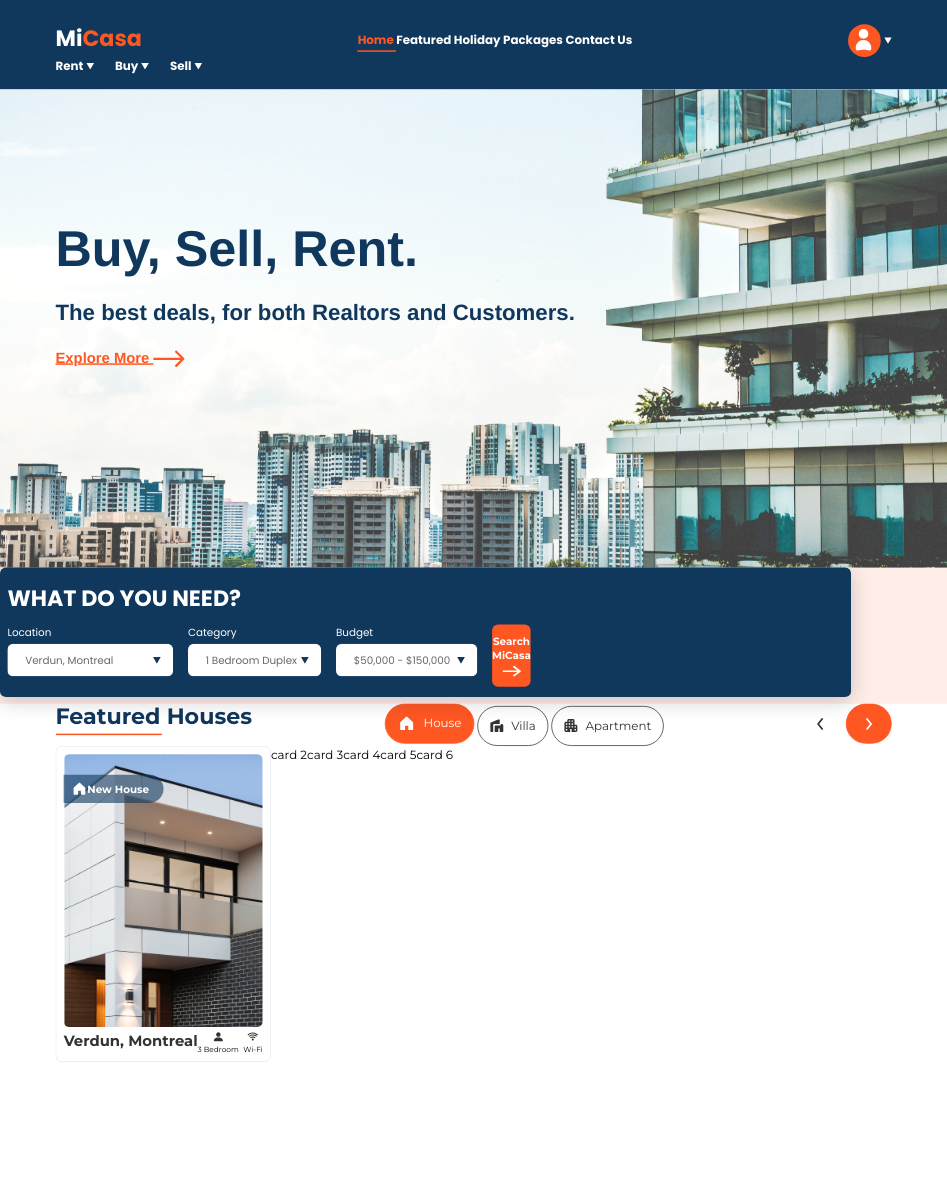
Repository: BenUnyolo/micasa-frontend
Page: index.html
An editor plug-in stored every save of this project. The page is shown before and after the next save, followed by the edit.
The browser window is 1280 px wide. The pictures show the whole page, at 74% of full size.

Above is the page before, as saved 2021-10-17 16:57:37.

After the next save:
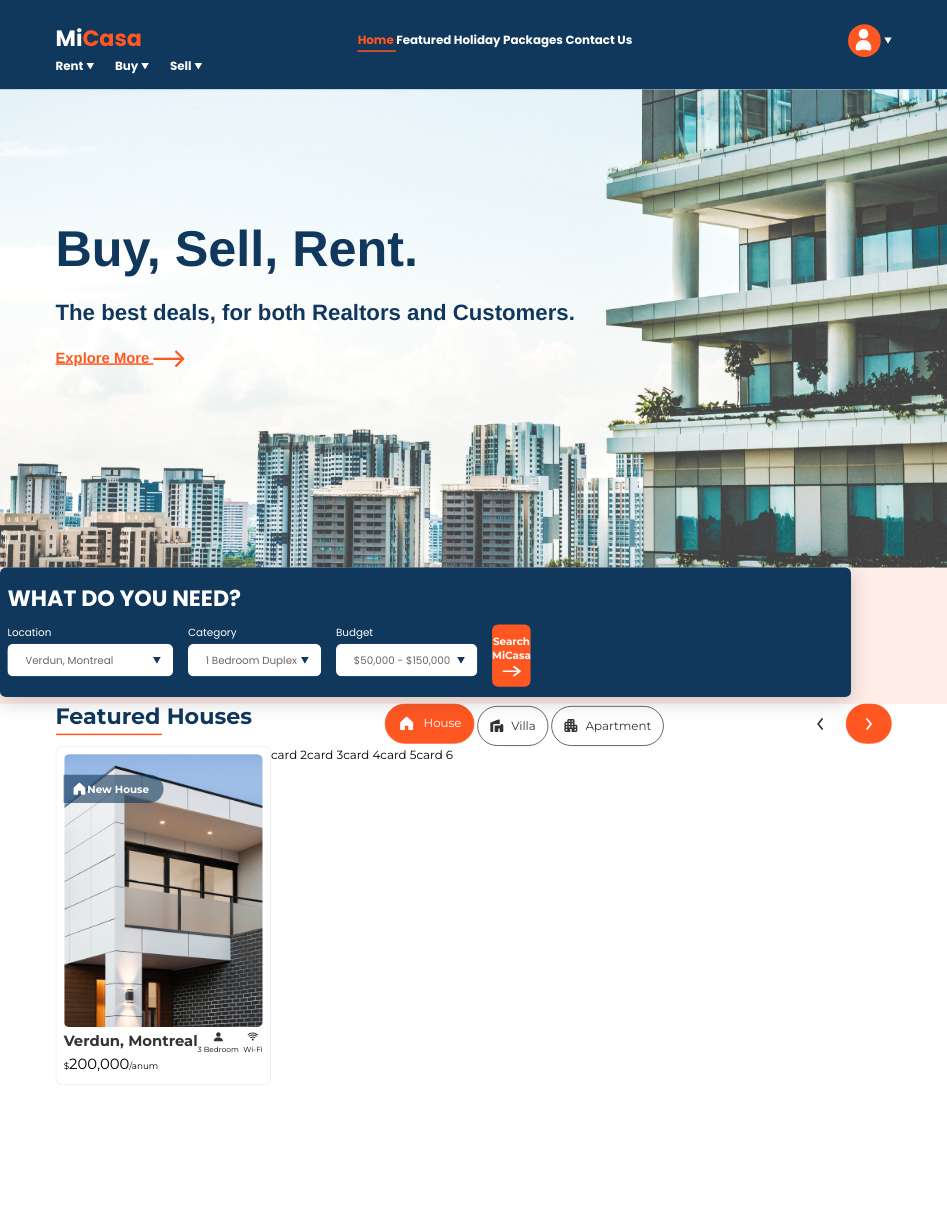
Saved 4 min 28 s later.
--- a/index.html
+++ b/index.html
@@ -412,6 +412,14 @@
               </div>
             </div>
           </div>
+          <!-- price -->
+          <div>
+            <p>
+              <span class="text-xs leading-7">$</span
+              ><span class="text-xl">200,000</span
+              ><span class="text-xs leading-7">/anum</span>
+            </p>
+          </div>
         </div>
         <div class="flex-none w-1/4">card 2</div>
         <div class="flex-none w-1/4">card 3</div>
